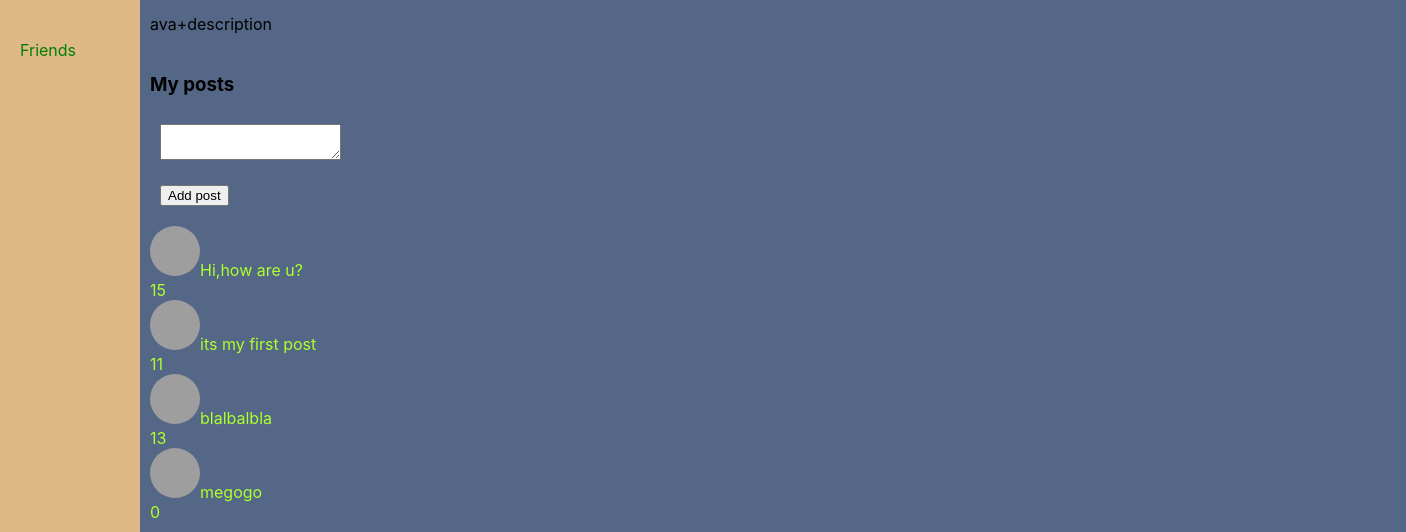
Repository: AndreyMykulych/FirstProject
Page: /profile
These files come from the project's save history. The page is drawn as it stood at one moment and after the next save; the edit follows.
The browser window is 1280 px wide. The page is 1406 px wide, so the pictures cover 1406 px, including what lies to the right of the window. The pictures show the part of the page from y = 260 to 792 px (the page is 792 px tall).
Pictures or frames that could not be fetched are drawn as grey boxes. The project was rebuilt for these pictures with package versions that can differ from the ones it lists, and the page was loaded fresh each time. Also part of the build but not shown: src/components/Dialogs/Dialogs.module.css, src/components/Dialogs/DialogName/DialogName.jsx, src/components/Dialogs/DialogMessage/DialogMessage.jsx, src/components/Dialogs/Dialogs.jsx.

Above is the page before, as saved 2022-06-07 20:57:21.

### src/index.js
import React from 'react';
import ReactDOM from 'react-dom/client';
import './index.css';
import App from './App';
import reportWebVitals from './reportWebVitals';
import state from './redux/state';

const root = ReactDOM.createRoot(document.getElementById('root'));
root.render(
  <React.StrictMode>
        <App state={state}/>
  </React.StrictMode>
);
// If you want to start measuring performance in your app, pass a function
// to log results (for example: reportWebVitals(console.log))
// or send to an analytics endpoint. Learn more: https://bit.ly/CRA-vitals
reportWebVitals();

### src/App.js
import logo from './logo.svg';
import React from 'react';
import './App.css';
import Header from './components/Header/Header';
import Navbar from './components/Navbar/Navbar';
import Profile from './components/Profile/Profile';
import Dialogs from './components/Dialogs/Dialogs';
import { BrowserRouter, Route, Router, Switch, Link, Routes } from 'react-router-dom';


const App = (props) => {

  return (
    <BrowserRouter>
      <div className='app-wrapper'>
        <Header />
        <Navbar />
        <div class='app-wrapper-content'>
                  <Routes>
                      <Route path="/profile" element={<Profile state={props.state.profilePage} />}></Route>
                      <Route path="/dialogs" element={<Dialogs state={props.state.messagesPage} />}></Route>
                      <Route path="/friends" elements={<Dialogs state={props.state.messagesPage.dialogs} />}></Route>
          </Routes>
        </div>
      </div>
    </BrowserRouter>
  );
}

export default App;

### src/redux/state.js
let state = {
    profilePage: {
        posts : [
            { id: 1, message: 'Hi,how are u?', likescount: 15 },
            { id: 2, message: 'its my first post ', likescount: 11 },
            { id: 3, message: 'blalbalbla ', likescount: 13 },
            { id: 4, message: 'megogo ', likescount: 0 },
        ],
    },
   messagesPage: {
    dialogs : [
        { id: 1, name: "Dimych" },
        { id: 2, name: "Andriy" },
        { id: 3, name: "Sveta" },
        { id: 4, name: "Sasha" },
        { id: 5, name: "Olya" },
        { id: 6, name: "Valera" },
    ],
    messages : [
        { id: 1, message: "Hi" },
        { id: 2, message: "How are you" },
        { id: 3, message: "Yo" },
        { id: 4, message: "Yo" },
        { id: 5, message: "Yo" },
        { id: 6, message: "yo" },
    ]
   }

}
export default state;

### src/App.css

.app-wrapper {
  margin: 0 auto;
  display: grid;
  width: 1366px;
  grid-template-areas:
    "h h"
    "n c";

    grid-template-rows: 60px 1fr;
    grid-template-columns: 2fr 10fr;

  grid-gap: 0px;
}

.app-wrapper-content {
  grid-area: c;
  background-color: rgb(85, 103, 134);
}

### src/components/Header/Header.jsx
import React from 'react';
import s from './Header.module.css'
const Header = () => {
   return <header className={s.header}>
      <img src='https://seeklogo.com/images/C/company-name-logo-09881CAD1A-seeklogo.com.png' />
   </header>
}
export default Header;

### src/components/Navbar/Navbar.jsx
import React from 'react';
import { NavLink } from 'react-router-dom';
import s from './Navbar.module.css'
const Navbar = (props) => {
   return (
      <nav className={s.nav}>
         <div className={s.item}>
            <NavLink to ='/profile' className={({isActive}) => isActive ? s.activeLink : ''}>Profile</NavLink>
         </div>
         <div className={s.item}>
            <NavLink to='dialogs' className={ ({isActive})=> !isActive ?  '': s.activeLink}>Messages</NavLink>
         </div>
         <div className={s.item}>
            <NavLink to='news' >News</NavLink>
         </div>
         <div className={s.item}>
            <NavLink to='music' >Music</NavLink>
         </div>
         <div className={s.item}>
            <NavLink to='settings'>Settings</NavLink>
           </div>
           <div className={s.item}>
            <NavLink to ='/friends' className={s.friendsBtn}>Friends</NavLink>
         </div>
      </nav>
   )
}
export default Navbar;

### src/components/Profile/Profile.jsx
import React from 'react';
import MyPosts from './MyPosts/MyPosts';
import s from './Profile.module.css'
import ProfileInfo from './ProfileInfo/ProfileInfo';
const Profile = (props) => {

   return <div className={s.content}>
      <ProfileInfo />
       <MyPosts posts={props.state.posts }/>
   </div>
}
export default Profile;

### src/components/Header/Header.module.css
.header {
   grid-area: h;
   background-color: greenyellow;
   max-height: 60px;
 }

 .header img {
   width: 60px;
   padding: 5px;
 }

### src/components/Navbar/Navbar.module.css
.nav {
   grid-area: n;
   background-color: burlywood;
   padding: 20px;
   width :100px
 }

 .item a {
    color: white;
    text-decoration: none;
 }
 .item a.activeLink {
    color: gold;
 }

 .item a.activetedLink {
    color: red
 }

 .item .friendsBtn {
     color : Green;
     position : absolute;
     top :300px
 }

### src/components/Profile/MyPosts/MyPosts.jsx
import React from 'react';
import s from './MyPosts.module.css'
import Post from './Post/Post';
const MyPosts = (props) => {

   let postsElements = props.posts.map (p => <Post message={p.message} likescount={p.likescount} />)
   return (
      <div className={s.postBlock}> <h3>My posts </h3>  <div>

         <div className={s.textBlock}>
            <textarea ></textarea>
         </div>
         <div className={s.addPostButton}>
            <button>Add post</button>
         </div>
      </div>
         <div className={s.posts}>
            {postsElements}
         </div>
      </div>
   )

}
export default MyPosts;

### src/components/Profile/ProfileInfo/ProfileInfo.jsx
import React from "react";
import s from './ProfileInfo.module.css'
const ProfileInfo = (props) => {
    return (
        <div>
            <div>

                <img className={s.mainPhoto}
                    src='https://images.unsplash.com/photo-1453728013993-6d66e9c9123a?ixlib=rb-1.2.1&ixid=MnwxMjA3fDB8MHxzZWFyY2h8Mnx8dmlld3xlbnwwfHwwfHw%3D&w=1000&q=80' />
            </div>
            <div className={s.descriptionBlock}>ava+description</div>
        </div>
    )
}

export default ProfileInfo

### src/components/Profile/MyPosts/MyPosts.module.css

.postBlock{
    padding: 10px;
}

.textBlock {
    padding: 10px;
}


.addPostButton {
    padding: 10px;
}

.posts {
    margin-top: 10px;
}

### src/components/Profile/MyPosts/Post/Post.jsx
import React from 'react';
import s from './Post.module.css'

const Post = (props) => {
   return (


      <div className={s.item}>
         <img src='https://encrypted-tbn0.gstatic.com/images?q=tbn:ANd9GcT6YmKu9T0f5cAXCmgHEZ7B8CfAU03rKwwj1OrAeKNPRvzvlyPJzgS-TY5oXFZtqDWfcUI&usqp=CAU' />
         { props.message }
         <div>
            <span>{props.likescount}</span>
         </div>
      </div>
   )

}

export default Post;

### src/components/Profile/ProfileInfo/ProfileInfo.module.css
.content {
    width: 1266px;
    height: 738px;
  }

  .mainPhoto {
      width: 1266px;
      height: 200px;
  }

  .descriptionBlock {
      padding: 10px;
  }

### src/components/Profile/MyPosts/Post/Post.module.css

 .item {
  color: greenyellow;
}

.item img {
  width: 50px;
  height:50px;

  border-radius: 30px;
}

Loaded but not shown: src/index.css (common file); src/reportWebVitals.js (common file); src/components/Profile/Profile.module.css (no stored copy; drawn as an empty file)

After the next save:
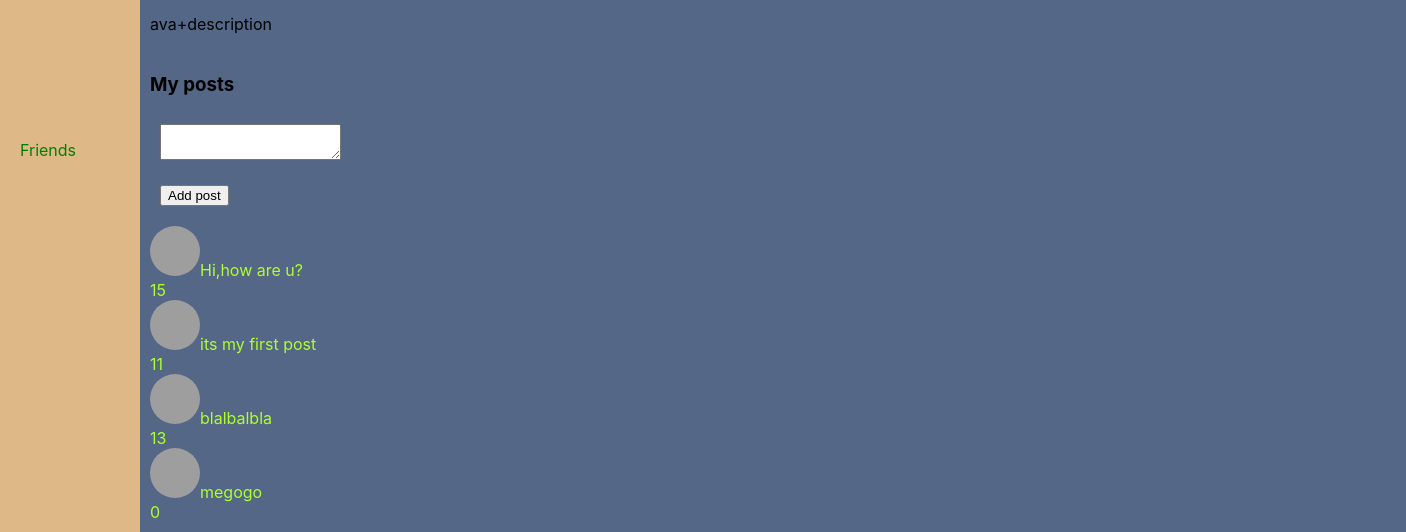
Saved 5 s later.
--- a/src/components/Navbar/Navbar.module.css
+++ b/src/components/Navbar/Navbar.module.css
@@ -20,5 +20,5 @@
  .item .friendsBtn {
      color : Green;
      position : absolute;
-     top :300px
+     top :400px
  }
